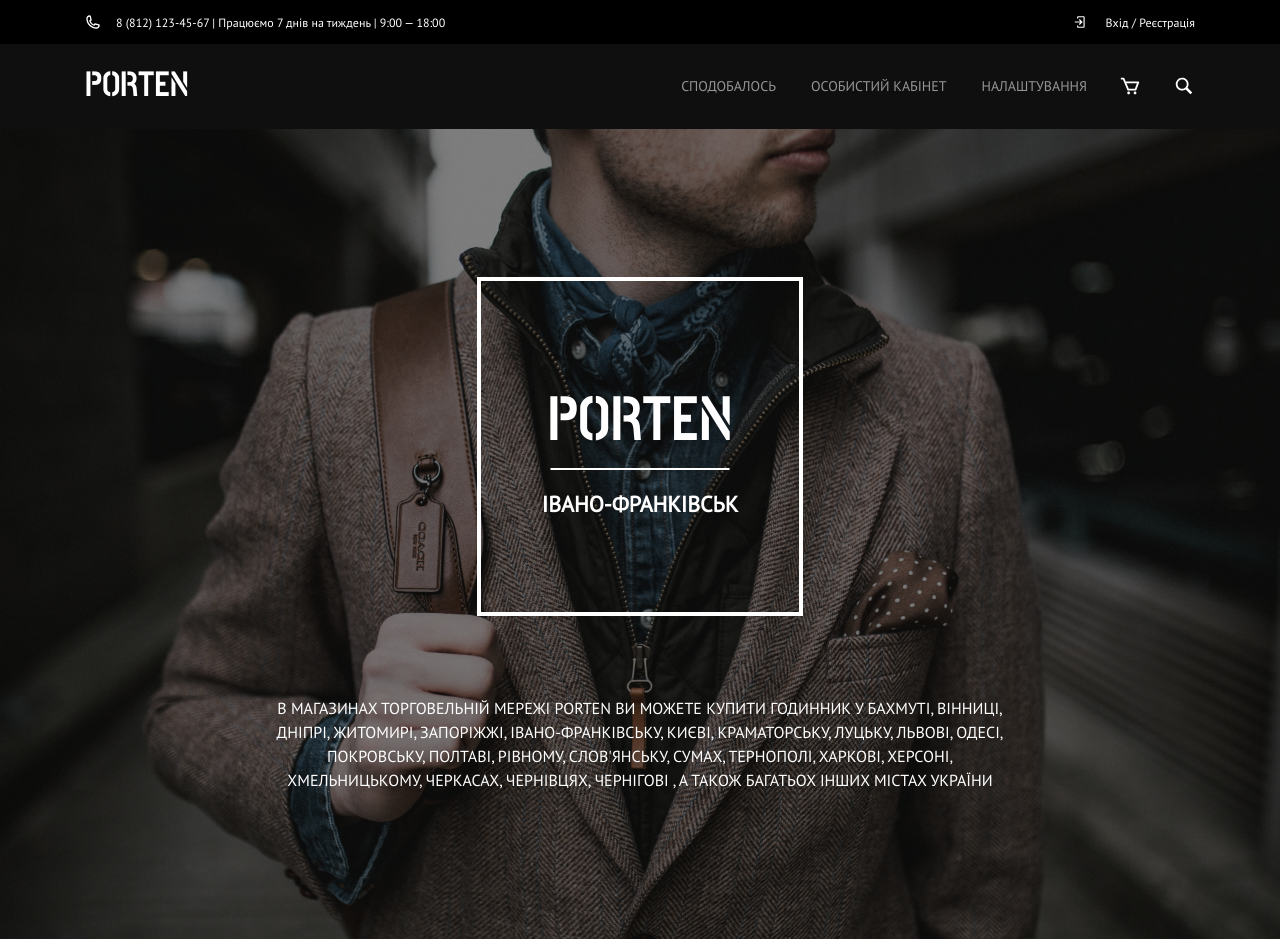
Repository: KYUUBI-K/porten
Page: index.html
An editor plug-in stored every save of this project. The page is shown before and after the next save, followed by the edit.
The browser window is 1280 px wide. The pictures show the whole page.

Above is the page before, as saved 2025-09-09 21:39:49.

### index.html
<!DOCTYPE html>
<html lang="en">
  <head>
    <meta charset="UTF-8" />
    <meta name="viewport" content="width=device-width, initial-scale=1.0" />
    <title>Cappadocia</title>
    <link rel="stylesheet" href="./styles.css" />
    <script defer src="./index.js"></script>
  </head>
  <body>
    <header class="header">
      <div class="top-line">
        <div class="wrapper">
          <div class="top-line-content">
            <div class="info">
              <svg
                width="16"
                height="16"
                viewBox="0 0 16 16"
                fill="none"
                xmlns="http://www.w3.org/2000/svg"
              >
                <path
                  d="M11.6 14.6667C8.87817 14.6631 6.26886 13.5803 4.34425 11.6557C2.41964 9.73112 1.33684 7.1218 1.33331 4.39999C1.33331 3.58666 1.65641 2.80665 2.23152 2.23153C2.80663 1.65642 3.58665 1.33333 4.39998 1.33333C4.57221 1.33202 4.74415 1.34765 4.91331 1.37999C5.07685 1.4042 5.23762 1.44439 5.39331 1.49999C5.50281 1.53841 5.60039 1.60475 5.67639 1.69244C5.75239 1.78014 5.80418 1.88615 5.82665 1.99999L6.73998 5.99999C6.7646 6.10857 6.76163 6.22158 6.73136 6.32872C6.70108 6.43585 6.64445 6.5337 6.56665 6.61333C6.47998 6.70666 6.47331 6.71333 5.65331 7.13999C6.30998 8.58057 7.46211 9.73743 8.89998 10.4C9.33331 9.57333 9.33998 9.56666 9.43331 9.47999C9.51294 9.40219 9.61079 9.34556 9.71792 9.31528C9.82506 9.28501 9.93807 9.28204 10.0466 9.30666L14.0466 10.22C14.1568 10.2456 14.2587 10.2988 14.3427 10.3746C14.4267 10.4504 14.49 10.5463 14.5266 10.6533C14.5829 10.8116 14.6253 10.9744 14.6533 11.14C14.6801 11.3075 14.6935 11.477 14.6933 11.6467C14.681 12.4565 14.3488 13.2286 13.7693 13.7944C13.1897 14.3602 12.4099 14.6738 11.6 14.6667V14.6667ZM4.39998 2.66666C3.94081 2.66842 3.50095 2.8516 3.17627 3.17628C2.85158 3.50097 2.6684 3.94083 2.66665 4.39999C2.66841 6.76872 3.61017 9.03992 5.28511 10.7149C6.96005 12.3898 9.23125 13.3316 11.6 13.3333C12.0591 13.3316 12.499 13.1484 12.8237 12.8237C13.1484 12.499 13.3316 12.0592 13.3333 11.6V11.38L10.24 10.6667L10.0466 11.0333C9.74665 11.6133 9.52665 12.0333 8.96665 11.8067C7.8619 11.4112 6.85911 10.7747 6.03114 9.94325C5.20316 9.11181 4.57079 8.10638 4.17998 6.99999C3.93998 6.47999 4.39331 6.23999 4.96665 5.93999L5.33331 5.75999L4.61998 2.66666H4.39998Z"
                  fill="white"
                />
              </svg>
              8 (812) 123-45-67 | Працюємо 7 днів на тиждень | 9:00 — 18:00
            </div>
            <div class="login">
              <svg
                width="14"
                height="14"
                viewBox="0 0 14 14"
                fill="none"
                xmlns="http://www.w3.org/2000/svg"
              >
                <path
                  d="M5.25001 1.16675H10.5C11.1417 1.16675 11.6667 1.69175 11.6667 2.33341V11.6667C11.6667 12.3084 11.1417 12.8334 10.5 12.8334H5.25001C4.60834 12.8334 4.08334 12.3084 4.08334 11.6667V10.5001H5.25001V11.6667H10.5V2.33341H5.25001V3.50008H4.08334V2.33341C4.08334 1.69175 4.60834 1.16675 5.25001 1.16675Z"
                  fill="white"
                />
                <path
                  d="M5.88583 9.09409L6.70833 9.91659L9.625 6.99992L6.70833 4.08325L5.88583 4.90575L7.39083 6.41659H1.75V7.58325H7.39083L5.88583 9.09409Z"
                  fill="white"
                />
              </svg>
              Вхід / Реєстрація
            </div>
          </div>
        </div>
      </div>
      <div class="bot-line">
        <div class="wrapper">
          <div class="bot-line-content">
            <div class="header-logo">PORTEN</div>
            <nav class="header-menu">
              <ul class="header-menu-list">
                <li class="header-menu-item">
                  <a class="header-menu-link" href="#liked">cподобалось</a>
                </li>
                <li class="header-menu-item">
                  <a class="header-menu-link" href="#office"
                    >Особистий кабінет</a
                  >
                </li>
                <li class="header-menu-item">
                  <a class="header-menu-link" href="#settings">налаштування</a>
                </li>
              </ul>
              <svg
                width="22"
                height="22"
                viewBox="0 0 22 22"
                fill="none"
                xmlns="http://www.w3.org/2000/svg"
              >
                <path
                  d="M20.0035 6.81175C19.9192 6.6899 19.8066 6.59031 19.6754 6.5215C19.5441 6.45269 19.3982 6.41672 19.25 6.41667H6.72193L5.66409 3.8775C5.52539 3.54312 5.29052 3.25746 4.98927 3.05673C4.68801 2.856 4.33393 2.74925 3.97193 2.75H1.83334V4.58334H3.97193L8.32059 15.0196C8.39025 15.1866 8.50775 15.3292 8.65831 15.4295C8.80887 15.5298 8.98575 15.5834 9.16668 15.5833H16.5C16.8823 15.5833 17.2242 15.3459 17.3589 14.9893L20.1089 7.656C20.1609 7.51724 20.1785 7.36794 20.1601 7.22091C20.1417 7.07387 20.088 6.93348 20.0035 6.81175ZM15.8648 13.75H9.77809L7.48643 8.25H17.9273L15.8648 13.75Z"
                  fill="white"
                />
                <path
                  d="M9.625 19.25C10.3844 19.25 11 18.6344 11 17.875C11 17.1156 10.3844 16.5 9.625 16.5C8.86561 16.5 8.25 17.1156 8.25 17.875C8.25 18.6344 8.86561 19.25 9.625 19.25Z"
                  fill="white"
                />
                <path
                  d="M16.0417 19.25C16.8011 19.25 17.4167 18.6344 17.4167 17.875C17.4167 17.1156 16.8011 16.5 16.0417 16.5C15.2823 16.5 14.6667 17.1156 14.6667 17.875C14.6667 18.6344 15.2823 19.25 16.0417 19.25Z"
                  fill="white"
                />
              </svg>
              <svg
                width="22"
                height="22"
                viewBox="0 0 22 22"
                fill="none"
                xmlns="http://www.w3.org/2000/svg"
              >
                <path
                  d="M19.25 17.4167L14.5255 12.6922C15.3989 11.3648 15.7488 9.76053 15.5073 8.18999C15.2658 6.61945 14.4501 5.19437 13.2182 4.19068C11.9864 3.18698 10.4259 2.67606 8.83895 2.75684C7.252 2.83762 5.75147 3.50434 4.62788 4.62794C3.50428 5.75153 2.83755 7.25206 2.75678 8.83901C2.676 10.426 3.18692 11.9864 4.19061 13.2183C5.19431 14.4502 6.61939 15.2658 8.18993 15.5073C9.76047 15.7488 11.3648 15.399 12.6922 14.5256L17.4167 19.2501L19.25 17.4167ZM4.58335 9.16675C4.58335 6.6395 6.63944 4.58341 9.16669 4.58341C11.6939 4.58341 13.75 6.6395 13.75 9.16675C13.75 11.694 11.6939 13.7501 9.16669 13.7501C6.63944 13.7501 4.58335 11.694 4.58335 9.16675Z"
                  fill="white"
                />
              </svg>
            </nav>
          </div>
        </div>
      </div>
    </header>
    <section class="banner">
      <div class="banner-logo">
        <h1 class="banner-title">PORTEN</h1>
        <h2 class="banner-subtitle">івано-франківськ</h2>
      </div>
      <div class="banner-info">
        В магазинах Торговельній мережі Porten ви можете купити годинник у
        Бахмуті, Вінниці, Дніпрі, Житомирі, Запоріжжі, Івано-Франківську, Києві,
        Краматорську, Луцьку, Львові, Одесі, Покровську, Полтаві, Рівному,
        Слов'янську, Сумах, Тернополі, Харкові, Херсоні, Хмельницькому,
        Черкасах, Чернівцях, Чернігові , а також багатьох інших містах України
      </div>
    </section>
  </body>
</html>

### styles.css
@font-face {
  font-family: "PT Sans";
  src: url("./fonts/PTSans-Regular.woff2") format("woff2");
  font-weight: 400;
  font-style: normal;
  font-display: swap;
}

@font-face {
  font-family: "Playfair Display";
  src: url("./fonts/PlayfairDisplay-Regular.woff2") format("woff2");
  font-weight: 400;
  font-style: normal;
  font-display: swap;
}

@font-face {
  font-family: "Playfair Display";
  src: url("./fonts/PlayfairDisplay-Bold.woff2") format("woff2");
  font-weight: 700;
  font-style: normal;
  font-display: swap;
}

@font-face {
  font-family: "Post No Bills Jaffna";
  src: url("./fonts/PostNoBillsJaffna-Bold.woff2") format("woff2");
  font-weight: 700;
  font-style: normal;
  font-display: swap;
}

html {
  box-sizing: border-box;
}
*,
*::before,
*::after {
  box-sizing: inherit;
  margin: 0;
  padding: 0;
}

:root {
  --color-dark: #000000;
  --color-light-dark: #0f0f0f;
  --color-white: #ffffff;
  --light-gray: #d0d0d0;
  --color-gray: #969696;

  --border: 1px solid var(--color-white);

  --font-family-base: "PT Sans", sans-serif;
  --font-family-accent: "Playfair Display", sans-serif;
  --font-family-logo: "Post No Bills Jaffna", sans-serif;

  --input-height: 47px;
}

body {
  font-size: 14px;
  font-family: var(--font-family-base);
  background-color: var(--color-dark);
  color: var(--color-white);
}

li {
  list-style: none;
}
a {
  text-decoration: none;
  color: inherit;
}
.wrapper {
  margin: 0 auto;
  max-width: 1110px;
}

.top-line-content {
  font-family: var(--font-family-base);
  font-size: 12px;
  display: flex;
  justify-content: space-between;
  padding: 14px 0px;
}
.info {
  display: flex;
  align-items: center;
  column-gap: 15px;
}

.login {
  display: flex;
  align-items: center;
  column-gap: 19px;
}

.bot-line {
  background-color: var(--color-light-dark);
}

.bot-line-content {
  display: flex;
  justify-content: space-between;
  padding: 15px 0 16px 0;
}

.header-menu {
  font-family: var(--font-family-base);
  font-size: 14px;
  color: var(--color-gray);
  display: flex;
  justify-content: space-between;
  gap: 32px;
  align-items: center;
}
.header-menu-list {
  display: flex;
  text-transform: uppercase;
  gap: 35px;
}
.header-logo {
  font-family: var(--font-family-logo);
  font-size: 36px;
}

.banner {
  position: relative;
  display: flex;
  flex-direction: column;
  justify-content: center;
  align-items: center;
  text-align: center;
  text-transform: uppercase;
  min-height: 810px;
  background: linear-gradient(
      0deg,
      rgba(15, 15, 15, 0.5) 0%,
      rgba(15, 15, 15, 0.5) 100%
    ),
    url(/images/Rectangle\ 3.png) lightgray 50% / cover no-repeat;
}
.banner-logo {
  margin-bottom: 80px;
  border: 4px solid #fff;
  padding: 93px 61px 94px 61px;
}
.banner-title {
  font-family: var(--font-family-logo);
  font-size: 64px;
  font-weight: 700;
  position: relative;
}
.banner-title::after {
  content: "";
  display: block;
  width: 179px;
  height: 2px;
  background: white;
  margin: 0 auto;
  position: absolute;
  bottom: 0;
  left: 50%;
  transform: translateX(-50%);
}

.banner-subtitle {
  margin-top: 20px;
  font-family: var(--font-family-base);
  font-size: 22px;
}

.banner-info {
  font-family: var(--font-family-base);
  font-size: 16px;
  font-style: normal;
  font-weight: 400;
  line-height: 150%;
  max-width: 730px;
}
.line {
  display: block; /* не inline */
  width: 180px;
  height: 2px;
  margin: 14px auto 10px; /* центрує по горизонталі */
}

### index.js
document.addEventListener("DOMContentLoaded", () => {
  const sliders = document.querySelectorAll(".route-slider, .about-slider");

  sliders.forEach((slider) => {
    const slidesContainer = slider.querySelector(".slides");
    const slides = slider.querySelectorAll(".slide");
    const prevBtn = slider.querySelector(".prev");
    const nextBtn = slider.querySelector(".next");

    let currentIndex = 0;

    function updateSlide() {
      slidesContainer.style.transform = `translateX(-${currentIndex * 100}%)`;
    }

    nextBtn.addEventListener("click", () => {
      currentIndex++;
      if (currentIndex >= slides.length) {
        currentIndex = 0;
      }
      updateSlide();
    });

    prevBtn.addEventListener("click", () => {
      currentIndex--;
      if (currentIndex < 0) {
        currentIndex = slides.length - 1;
      }
      updateSlide();
    });
  });
});

After the next save:
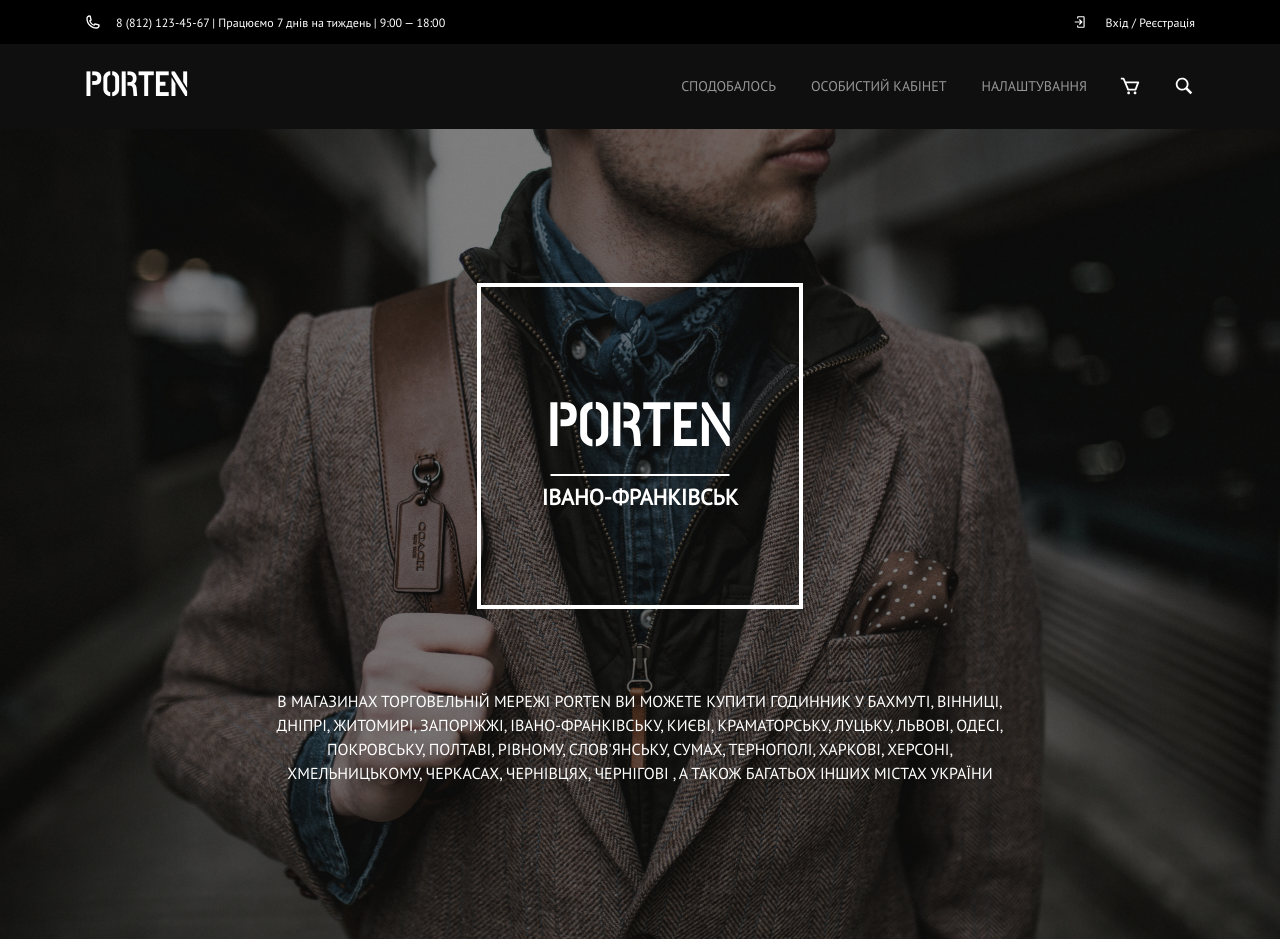
Saved 7 s later.
--- a/styles.css
+++ b/styles.css
@@ -165,7 +165,7 @@
 }
 
 .banner-subtitle {
-  margin-top: 20px;
+  margin-top: 7px;
   font-family: var(--font-family-base);
   font-size: 22px;
 }
